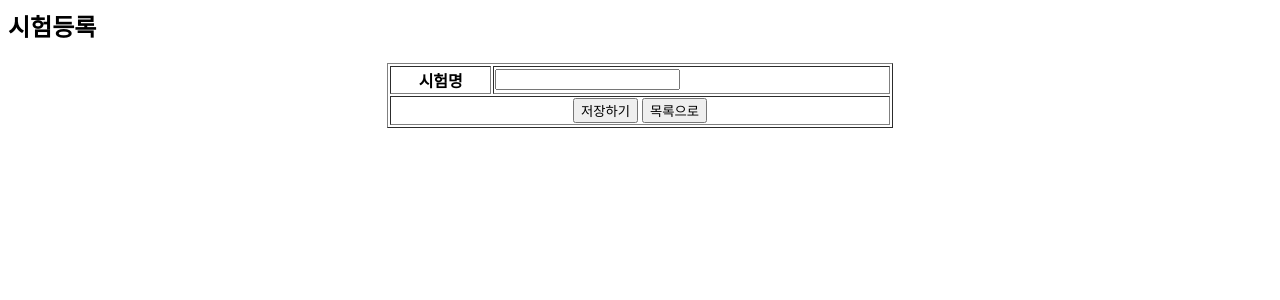
Repository: Mildous/HKIT-BackendClass
Page: http://localhost/jspTest/haksaSihum/edit_sub.jsp
The author's editor kept a copy of each file at every save. The page is drawn from the files as they stood at one save, then again after the next save.
The browser window is 1280 px wide. The pictures show the whole page.
The page is served by Tomcat 9.

Above is the page before, as saved 2022-08-17 03:49:49.

After the next save:
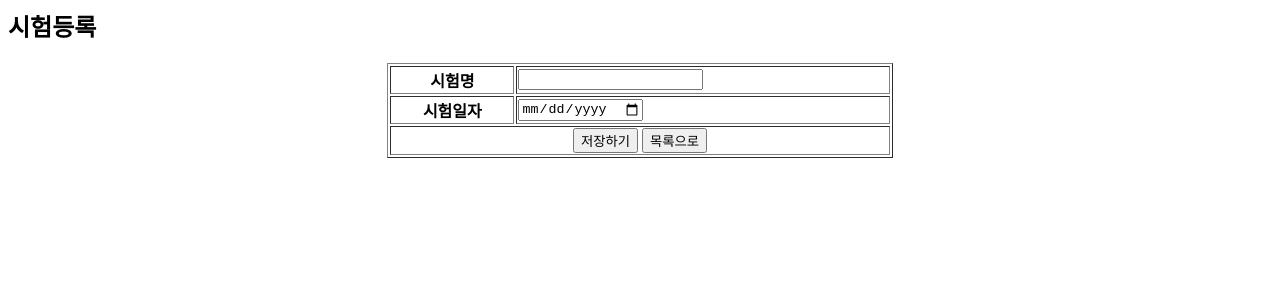
Saved 30 s later.
--- a/workspace/jsp/jspTest/WebContent/haksaSihum/edit_sub.jsp
+++ b/workspace/jsp/jspTest/WebContent/haksaSihum/edit_sub.jsp
@@ -8,6 +8,10 @@
 	<tr>
 		<th>시험명</th>
 		<td><input type="text" name="sihumName" id="sihumName"></td>
+	</tr>
+	<tr>
+		<th>시험일자</th>
+		<td><input type="date" name="sihumDate" id="sihumName"></td>
 	</tr>
 	<tr>
 		<td colspan="2" align="center">
